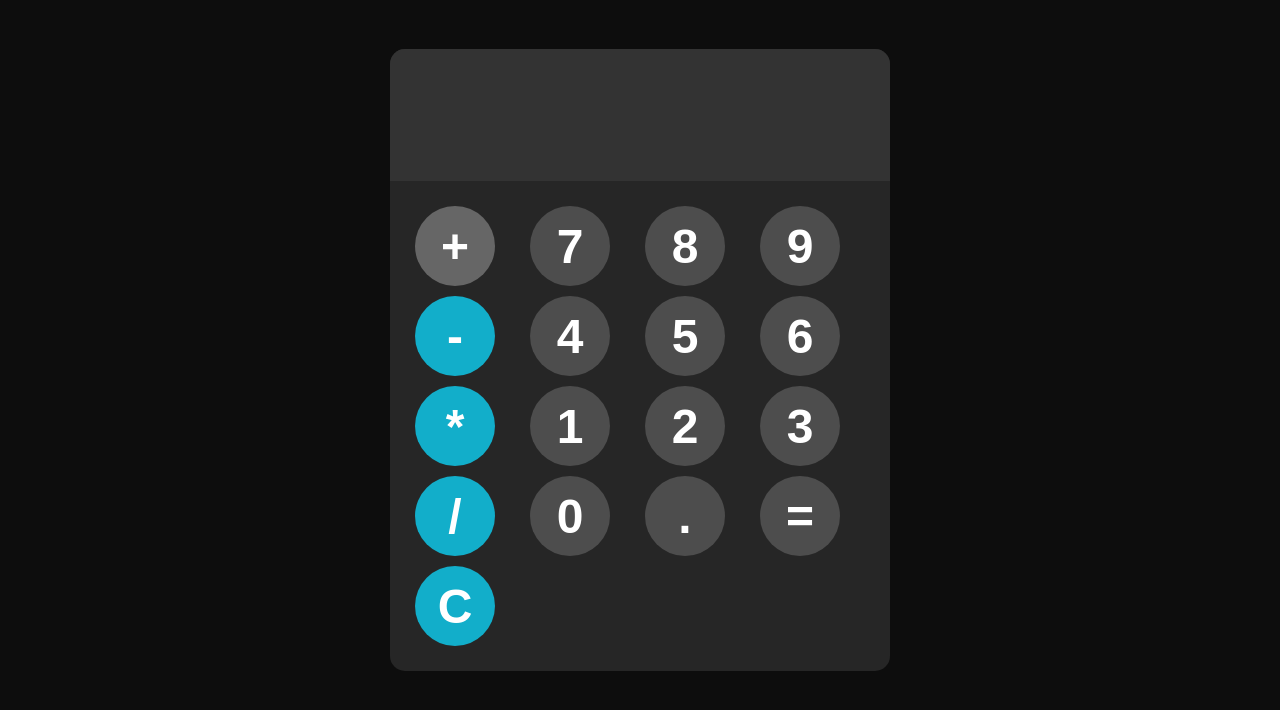
Repository: Haakim19/JavaScript
Page: Calculater/Main.html
The author's editor kept a copy of each file at every save. The page is drawn from the files as they stood at one save, then again after the next save.
The browser window is 1280 px wide. The pictures show the whole page.
The pointer rests on the first visible `.operator-btn`.

Above is the page before, as saved 2024-10-22 21:55:22.

After the next save:
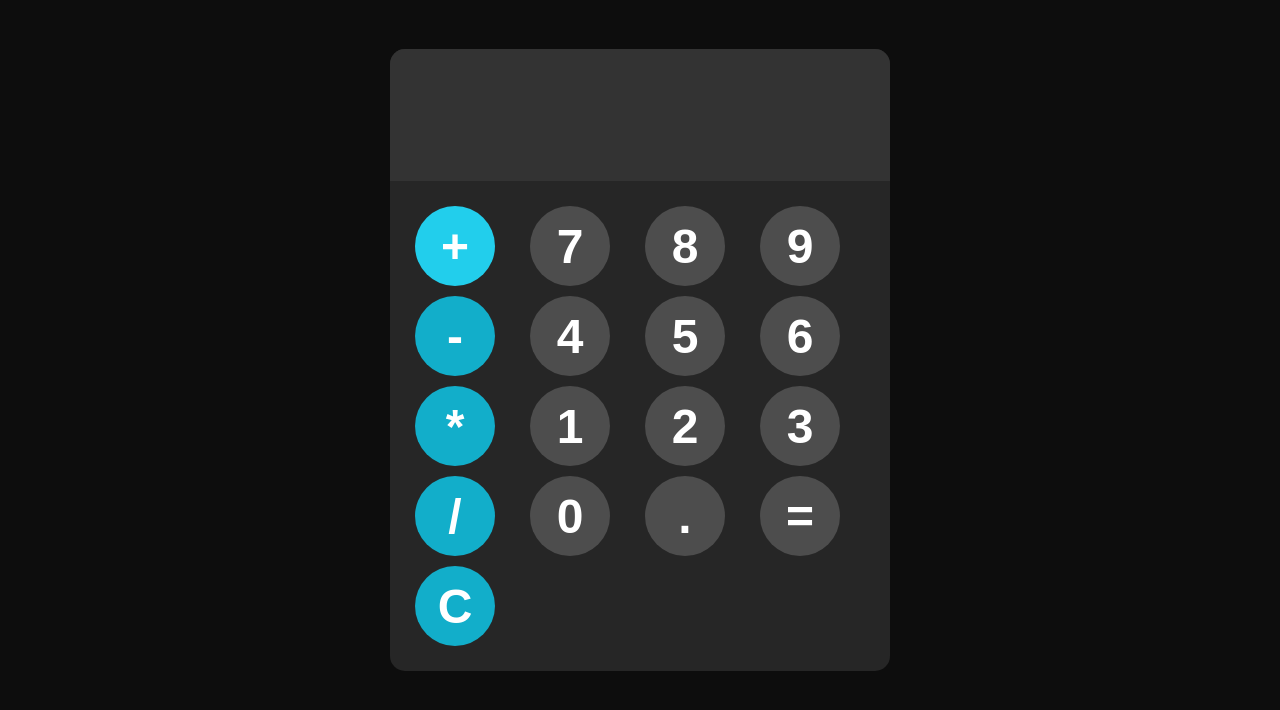
Saved 12 s later.
--- a/Calculater/Main.css
+++ b/Calculater/Main.css
@@ -49,3 +49,6 @@ button:active{
 .operator-btn{
     background-color: hsl(189, 84%, 43%);
 }
+.operator-btn:hover{
+    background-color: hsl(189, 84%, 53%);
+}
